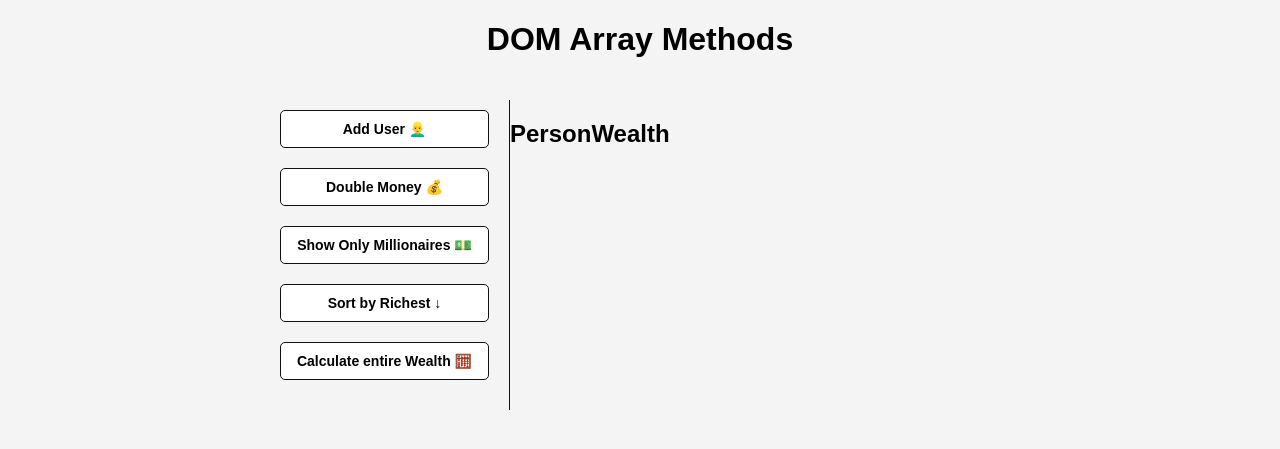
Repository: Youvelop/DOMArrayMethods
Page: index.html
These files come from the project's save history. The page is drawn as it stood at one moment and after the next save; the edit follows.
The browser window is 1280 px wide. The pictures show the whole page.

Above is the page before, as saved 2020-07-01 11:47:26.

After the next save:
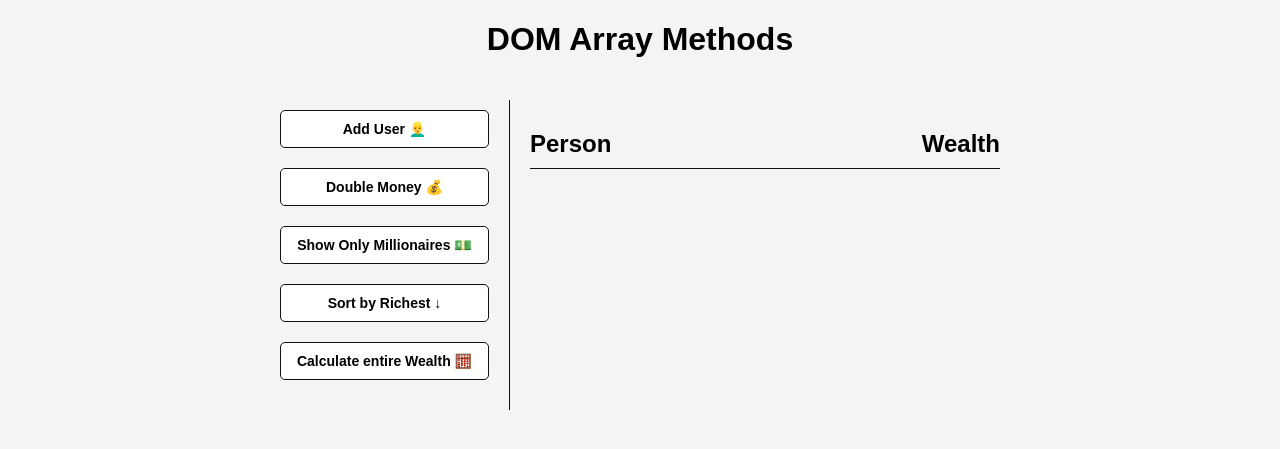
Saved 68 s later.
--- a/style.css
+++ b/style.css
@@ -36,3 +36,15 @@ button {
   font-weight: bold;
   font-size: 14px;
 }
+
+main {
+  flex: 1;
+  padding: 10px 20px;
+}
+
+h2 {
+  border-bottom: 1px solid #111;
+  padding-bottom: 10px;
+  display: flex;
+  justify-content: space-between;
+}
